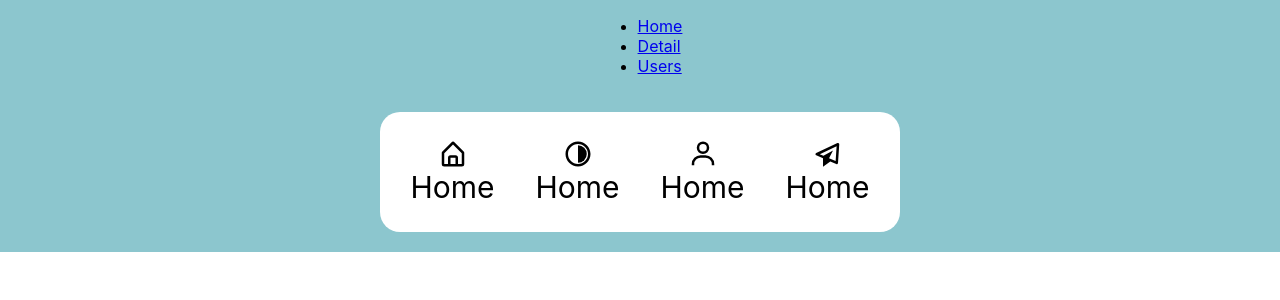
Repository: lethinh2003/pokemon_reactjs
Page: /
The author's editor kept a copy of each file at every save. The page is drawn from the files as they stood at one save, then again after the next save.
The browser window is 1280 px wide. The pictures show the whole page.
The page's requests for data from a server got no answer. The project was rebuilt for these pictures with package versions that can differ from the ones it lists, and the page was loaded fresh each time. A package was used in the major version that the imports need, not the one package.json lists. No one was signed in, and anything a server would have sent is missing. Also part of the build but not shown: src/App.css, src/view/Pokemon.scss, src/styles/pokemonDetail.scss, src/view/PokemonDetail.jsx.

Above is the page before, as saved 2021-11-28 11:25:33.

After the next save:
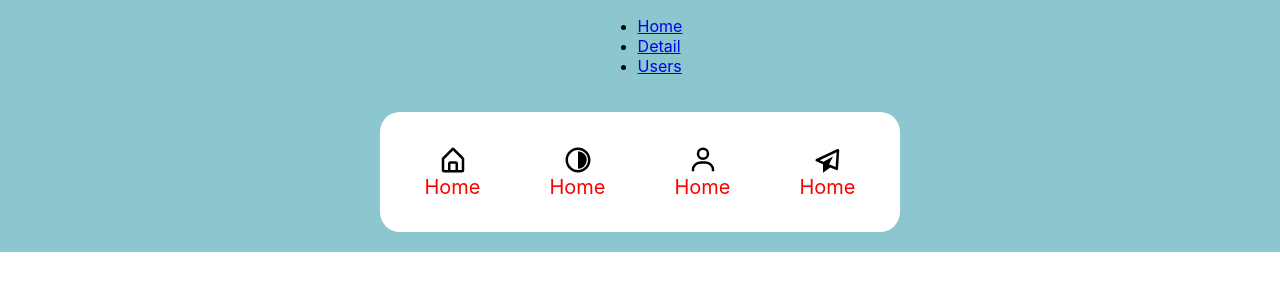
Saved 34 s later.
--- a/src/styles/nav.scss
+++ b/src/styles/nav.scss
@@ -21,7 +21,7 @@
       color: violet;
       transform: translateY(-10px);
     }
-    &.desc-icon {
+    & .desc-icon {
       font-size: 20px;
       color: red;
     }
